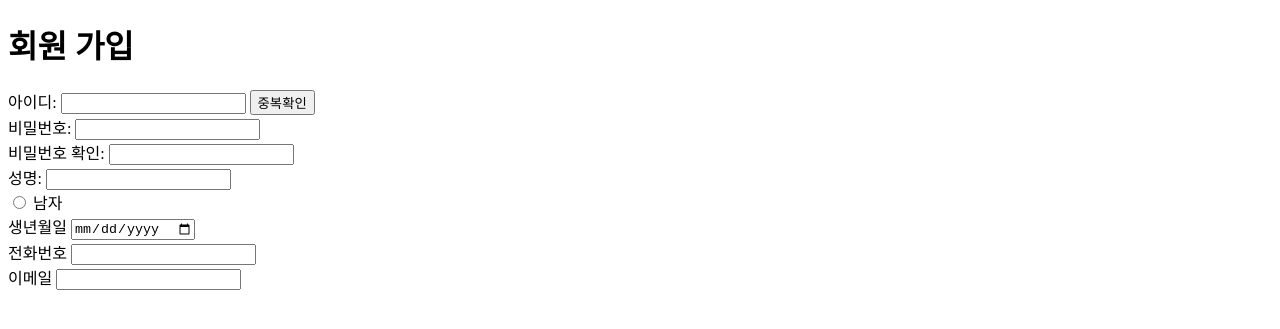
Repository: Chojaejun/javastudy
Page: HelloWorld/WebContent/Test5.html
The author's editor kept a copy of each file at every save. The page is drawn from the files as they stood at one save, then again after the next save.
The browser window is 1280 px wide. The pictures show the whole page.

Above is the page before, as saved 2020-12-07 03:36:57.

### HelloWorld/WebContent/Test5.html
<!DOCTYPE html>
<html>
<head>
<meta charset="UTF-8">
<title>회원가입 페이지</title>
</head>
<body>
<h1>회원 가입</h1>
<form action="Test6.html" method="post">
<label for="id">아이디: </label>
<input id="id" name="id">
<button> 중복확인</button>
<br>
<label for="ps1">비밀번호: </label>
<input id="ps1" type="password" name="ps1">
<br>
<label for="ps2">비밀번호 확인: </label>
<input id="ps2" type="password" name="ps2">
<br>
<label for="name">성명: </label>
<input id="name" name="name">
<br>
<input id="men" type="radio" name="tr" value="men">
<label for="men">남자</label>
<br>
<label for="birth">생년월일</label>
<input id="birth" type="date" name="birth">
<br>
<label for="tel">전화번호</label>
<input id="tel" type="tel" name="tel">
<br>
<label for="email">이메일</label>
<input id="email" type="email" name="email">
<br>








</form>

</body>
</html>

After the next save:
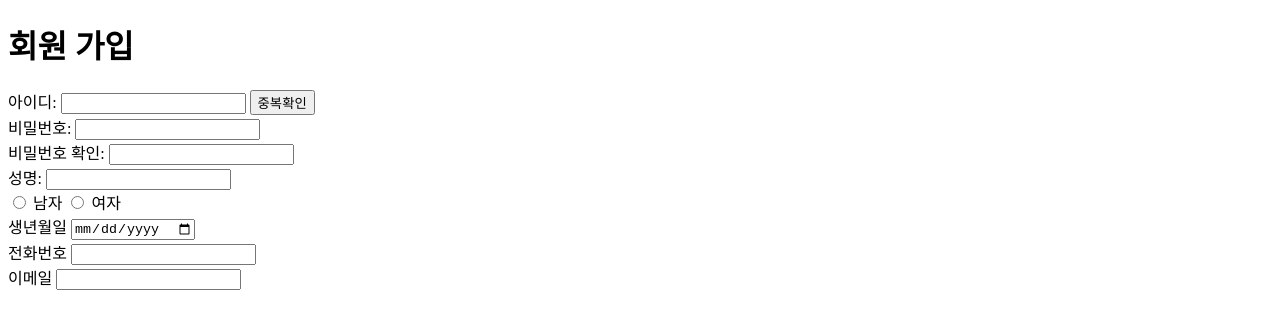
Saved 58 s later.
--- a/HelloWorld/WebContent/Test5.html
+++ b/HelloWorld/WebContent/Test5.html
@@ -20,8 +20,11 @@
 <label for="name">성명: </label>
 <input id="name" name="name">
 <br>
-<input id="men" type="radio" name="tr" value="men">
+<input id="men" type="radio" name="gen" value="men">
 <label for="men">남자</label>
+<input id="women" type="radio" name="gen" value="women">
+<label for="women">여자</label>
+
 <br>
 <label for="birth">생년월일</label>
 <input id="birth" type="date" name="birth">
